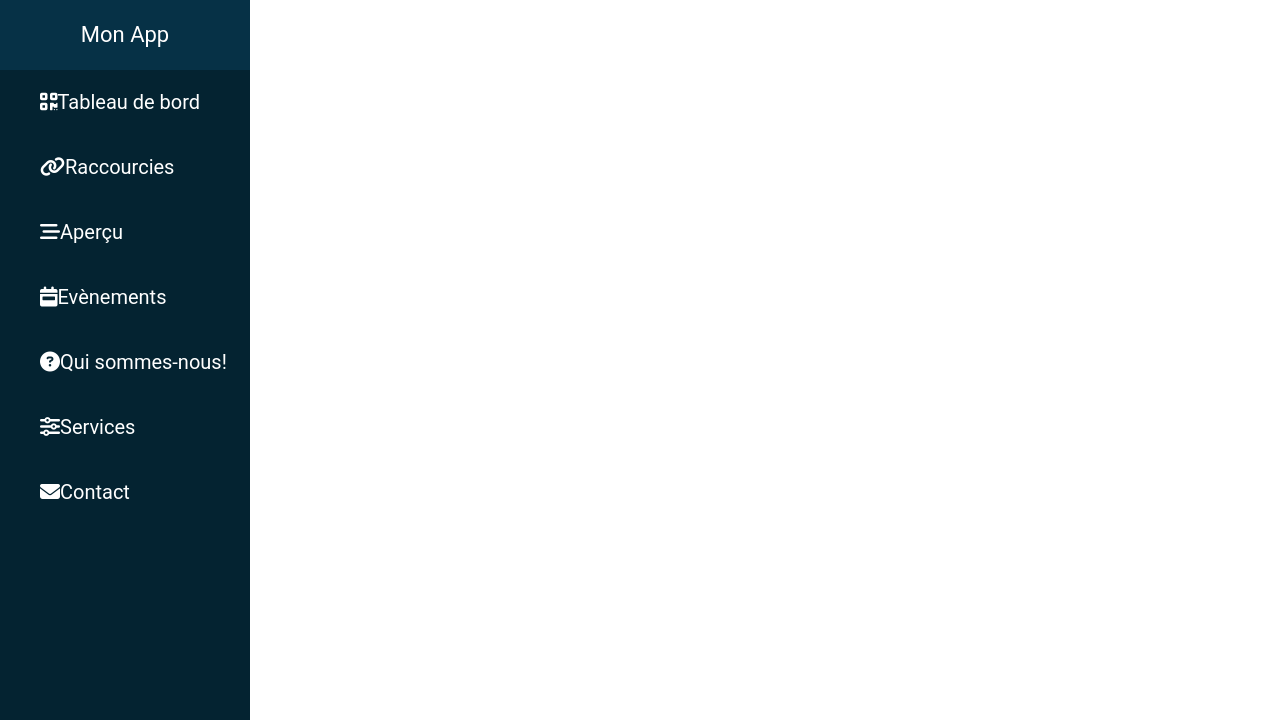
Repository: Alex-Serky/Dossier-Nav
Page: Nav-Sidebar/index.html
The author's editor kept a copy of each file at every save. The page is drawn from the files as they stood at one save, then again after the next save.
The browser window is 1280 px wide. The pictures show the whole page.
Some web libraries are served in a nearby version.

Above is the page before, as saved 2020-02-21 09:25:14.

After the next save:
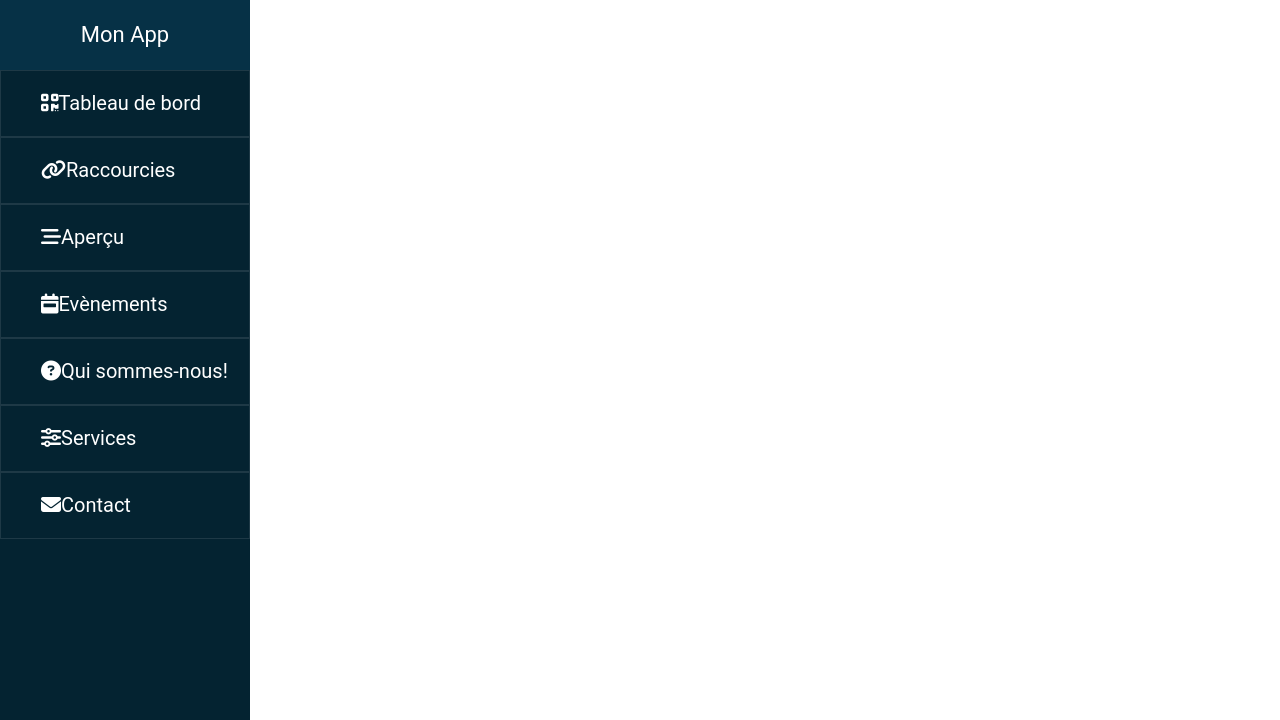
Saved 2 min 20 s later.
--- a/Nav-Sidebar/style.css
+++ b/Nav-Sidebar/style.css
@@ -36,4 +36,6 @@ body {
   font-size: 20px;
   color: white;
   padding-left: 40px;
+  box-sizing: border-box;
+  border: 1px solid rgba(255, 255, 255, .1);
 }
